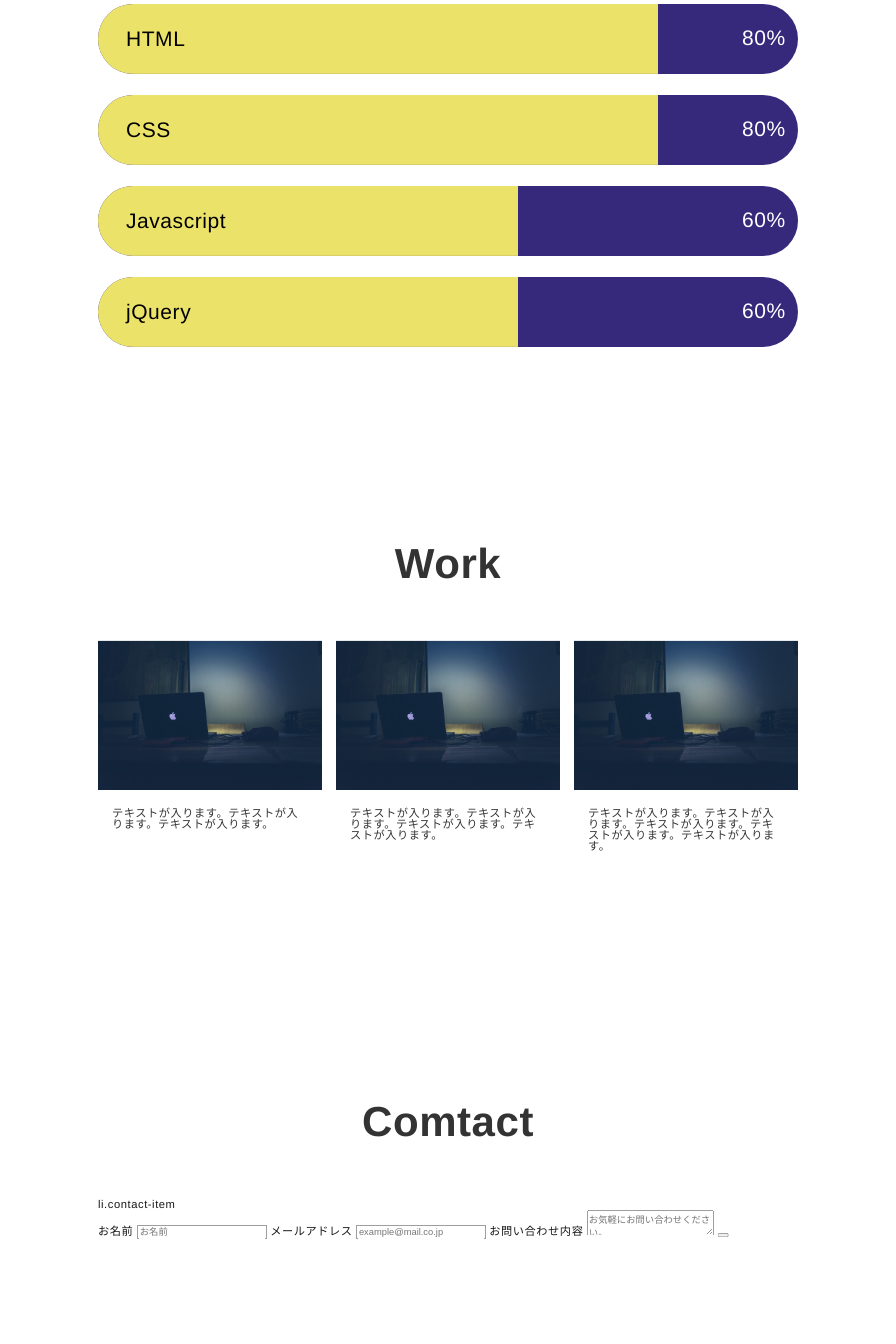
Repository: sadayuki15/portfolio
Page: index.html
An editor plug-in stored every save of this project. The page is shown before and after the next save, followed by the edit.
The browser window is 1280 px wide. The pictures show the part of the page from y = 1872 to 3792 px (the page is 3792 px tall before and 3776 px after), at 70% of full size.

Above is the page before, as saved 2021-04-22 21:23:11.

After the next save:
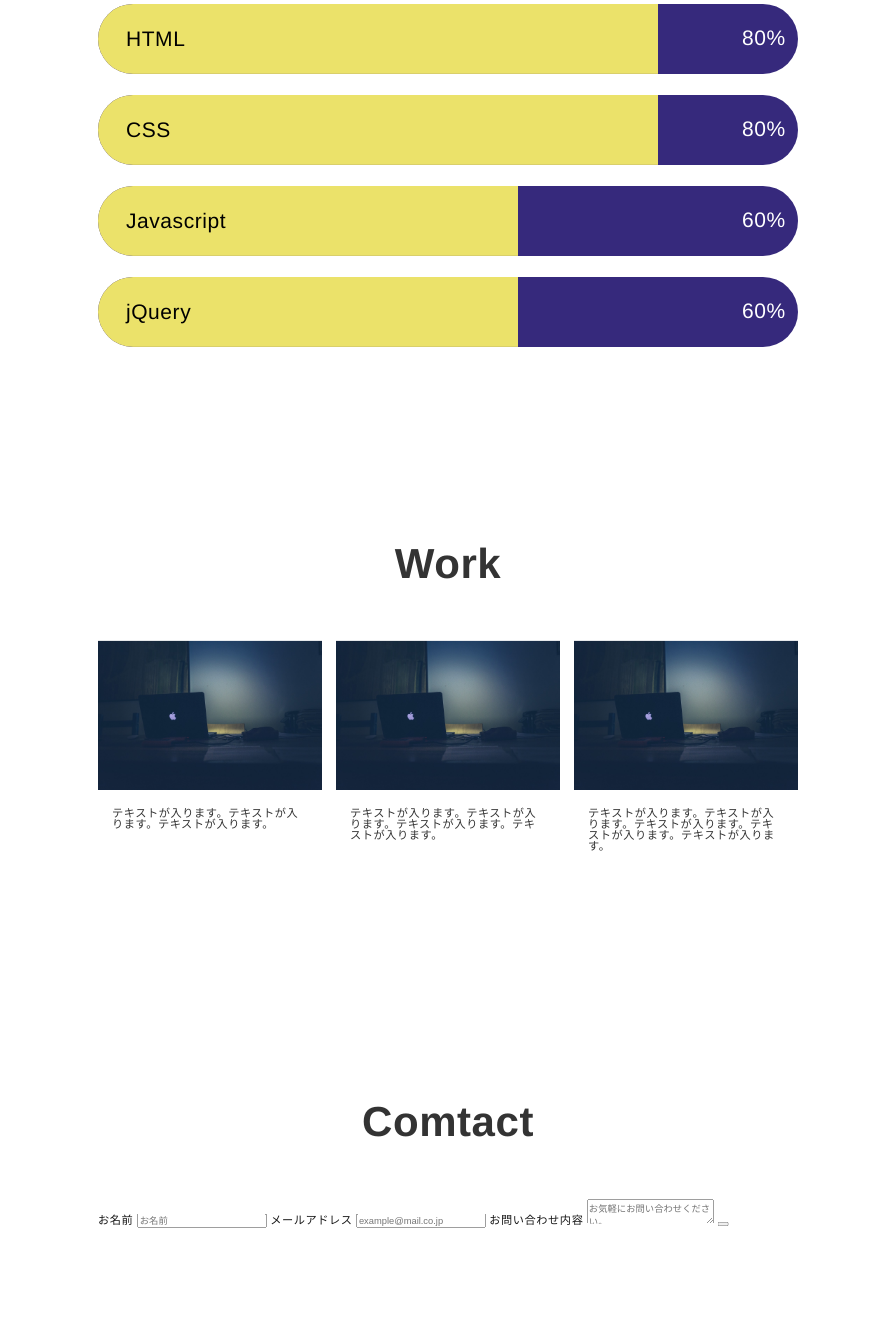
Saved 6 s later.
--- a/index.html
+++ b/index.html
@@ -153,7 +153,7 @@
     <div class="section-inner">
       <form action="https://docs.google.com/forms/u/0/d/e/1FAIpQLSfCjsqzzj8C34UUE0Mi2WnerATBCsd4cWR83YcoPwhWItEpFQ/formResponse">
         <ul class="contact-list">
-          li.contact-item
+          <li class="contact-item"></li>
         </ul>
         <label for="name">お名前</label>
         <input id="name" type="text" name="entry.32834570" placeholder="お名前">
